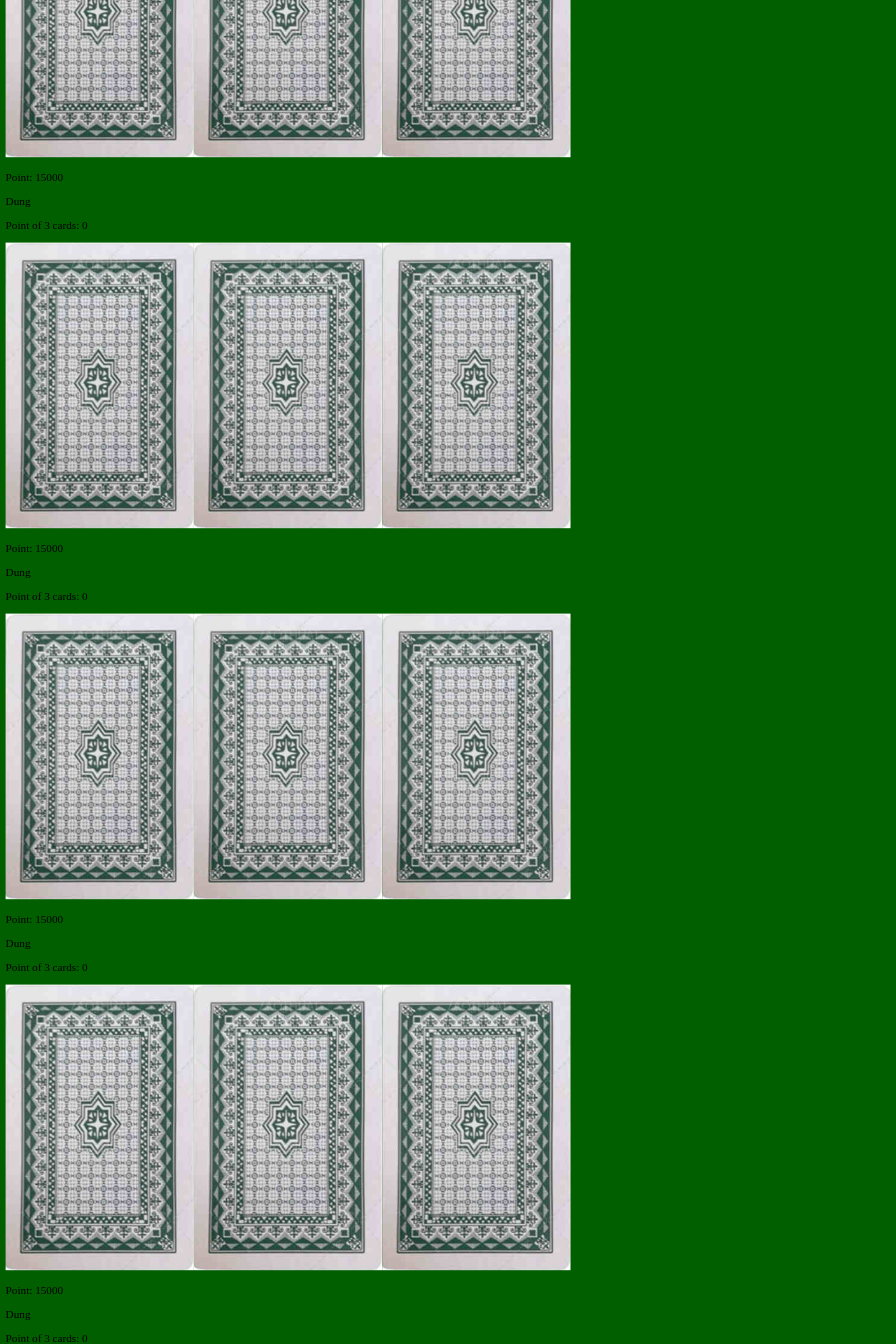
Repository: tiendungjr123/app-baicao
Page: /
The author's editor kept a copy of each file at every save. The page is drawn from the files as they stood at one save, then again after the next save.
The browser window is 1280 px wide. The pictures show the part of the page from y = 912 to 2832 px (the page is 2832 px tall before and 1242 px after), at 70% of full size.
The page's requests for data from a server got no answer. The project was rebuilt for these pictures with package versions that can differ from the ones it lists, and the page was loaded fresh each time. No one was signed in, and anything a server would have sent is missing. Also part of the build but not shown: src/index.css, src/Components/table.jsx.

Above is the page before, as saved 2022-10-11 11:31:16.

After the next save:
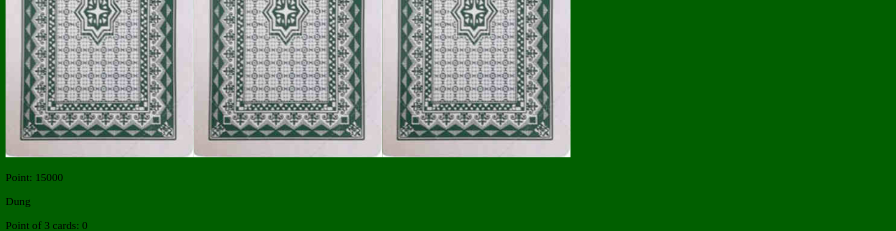
Saved 7 s later.
--- a/src/App.js
+++ b/src/App.js
@@ -68,8 +68,8 @@ function App() {
                <button className='btn btn-reset'>Reset</button>
             </div>
          </div>
-         <CardList cards={cards} checkCard={checkCard}/>
-         {/* <div className="card-top">
+         {/* <CardList cards={cards} checkCard={checkCard}/> */}
+         <div className="card-top">
             <div className='card'>
                {checkCard ? (
                   <div className='card-img'>
@@ -87,7 +87,7 @@ function App() {
                <p className='user'>Dung</p>
                {checkCard?(<p className='point'>Point of 3 cards: 23</p>):(<p className='point'>Point of 3 cards: 0</p>)}
             </div>
-         </div> */}
+         </div>
       </div>
    );
 }
